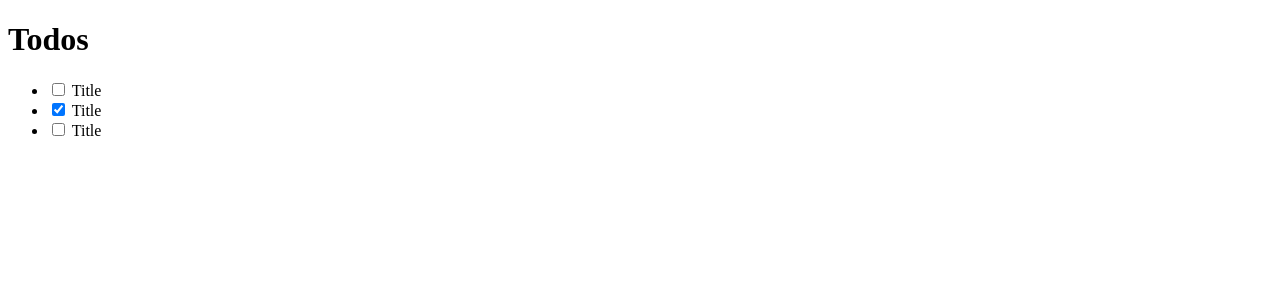
Repository: ponchanx/todo_app_php_v4-master
Page: http://localhost/work/public/index.php
These files come from the project's save history. The page is drawn as it stood at one moment and after a run of saves; the edit follows.
The browser window is 1280 px wide. The pictures show the whole page.
The page is run by PHP 8.4 with error messages shown; the project is at /var/www/html/.

Above is the page before, as saved 2022-02-14 14:44:57.

### work/public/index.php
<?php

define('DSN', 'mysql:host=db;dbname=myapp;cherset=ut8mb4');
define('DB_USER', 'myappuser');
define('DB_PASS', 'myapppass');

try {
  $pdo = new PDO(
    DSN,
    DB_USER,
    DB_PASS,
    [
      PDO::ATTR_ERRMODE => PDO::ERRMODE_EXCEPTION,
    ]
  );
 } catch(PDOException $e) {
   echo $e->getMessage();
   exit;
}

?>

<!DOCTYPE html>
<html lang="ja">
<head>
  <meta charset="utf-8">
  <title>My Todos</title>
  <link rel
</head>
<body>
  <h1>Todos</h1>

  <ul>
    <li>
      <input type="checkbox">
      <span>Title</span>
    </li>
    <li>
      <input type="checkbox" checked>
      <span class="done">Title</span>
    </li>
    <li>
      <input type="checkbox">
      <span>Title</span>
    </li>
  </ul>
</body>
</html>

After the next 2 saves:
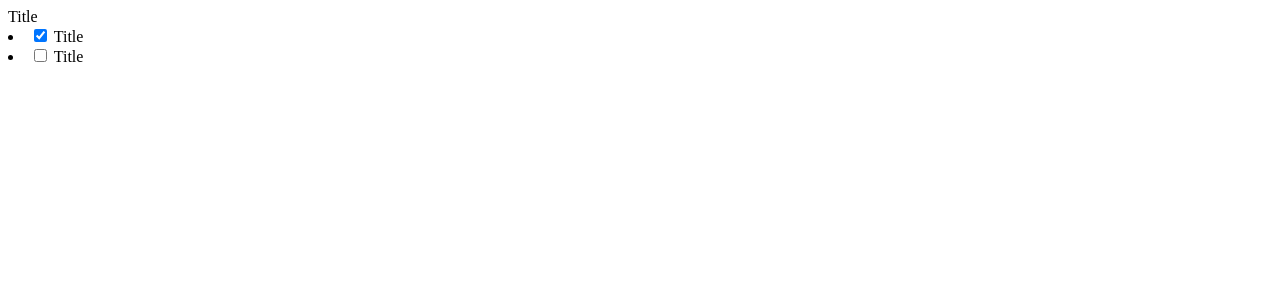
The 2 saves are shown as one change because they came seconds apart.
The last was saved 10 s later.
--- a/work/public/index.php
+++ b/work/public/index.php
@@ -25,7 +25,7 @@
 <head>
   <meta charset="utf-8">
   <title>My Todos</title>
-  <link rel
+  <link rel="
 </head>
 <body>
   <h1>Todos</h1>

After the 4 saves that followed:
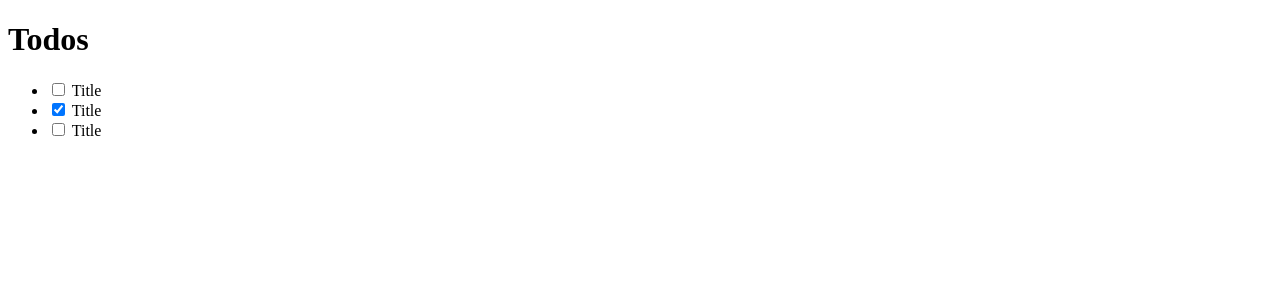
The 4 saves are shown as one change because 1 left the picture as it was and some came seconds apart.
The last was saved 20 s later.
--- a/work/public/index.php
+++ b/work/public/index.php
@@ -25,7 +25,7 @@
 <head>
   <meta charset="utf-8">
   <title>My Todos</title>
-  <link rel="
+  <link rel="stylesheet" h
 </head>
 <body>
   <h1>Todos</h1>
